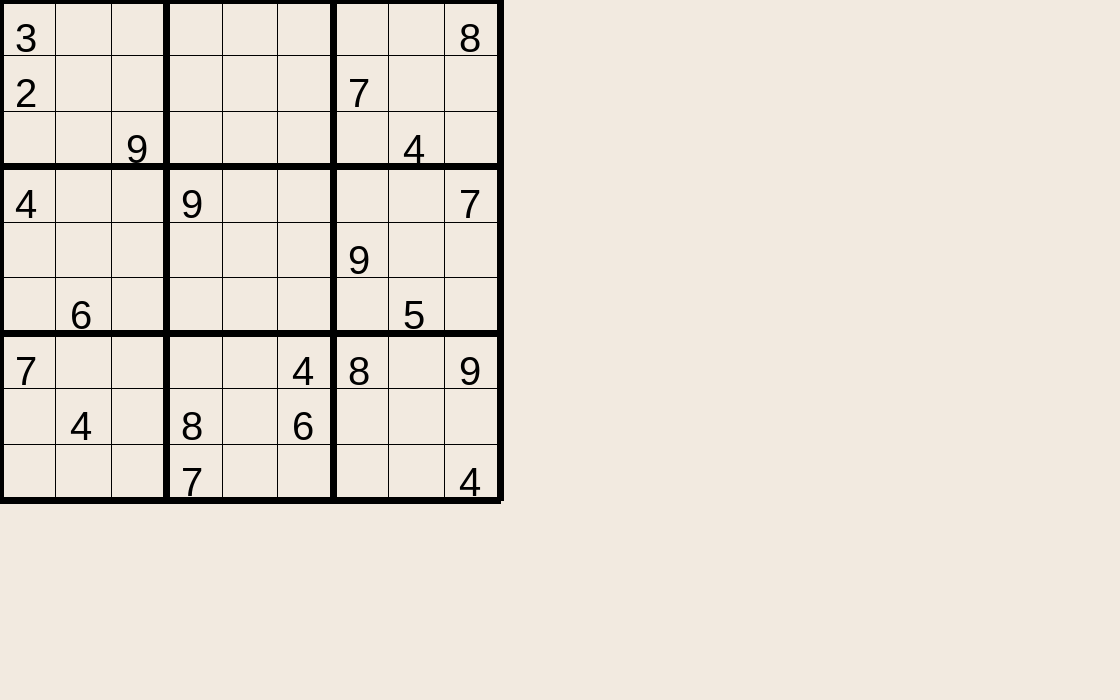
Repository: JensVL96/Puzzle-solver-for-fun
Script's output: python sudoku.py
An editor plug-in stored every save of this project. The script's output is shown before and after the next save, followed by the edit.
The window is shown after at most 60 frames with no key pressed. A system font it names is replaced by a similar one. Random numbers start from a fixed seed.

Above is the script's output before, as saved 2020-10-29 19:21:26.

After the next save:
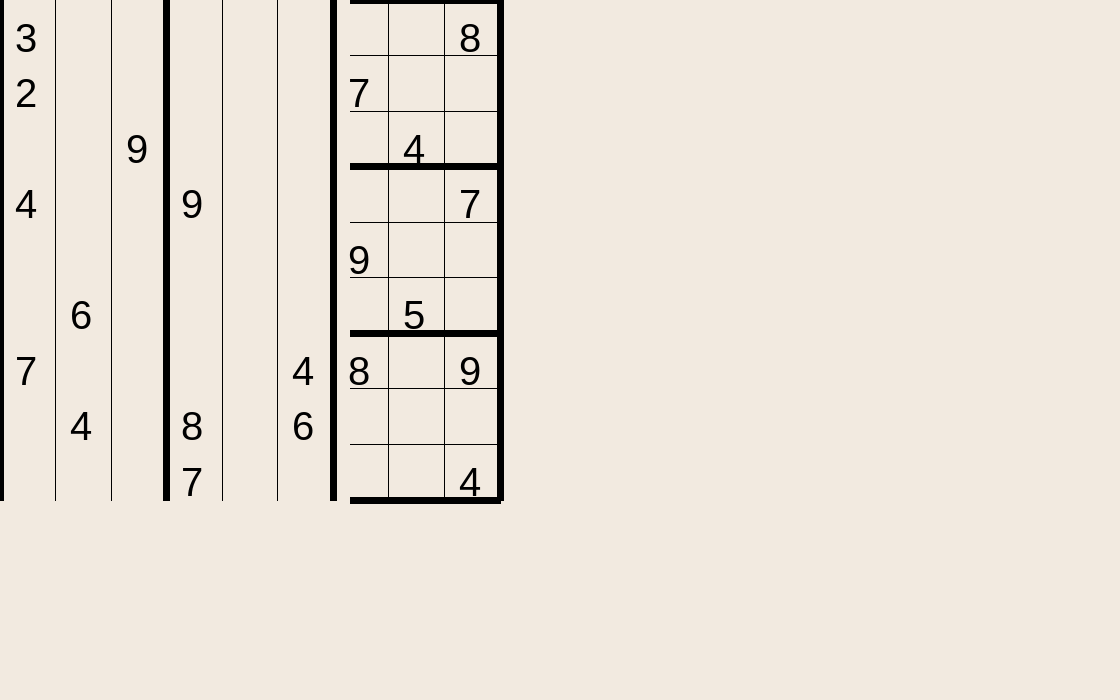
Saved 86 s later.
--- a/sudoku.py
+++ b/sudoku.py
@@ -200,7 +200,7 @@
                 thick = 7
             else:
                 thick = 1
-            pg.draw.line(self.screen, BLACK, (0, i * self.dif), (500, i * self.dif), thick)
+            pg.draw.line(self.screen, BLACK, ((SCREEN_WIDTH / 2) - (BORDER_SIZE / 2), i * self.dif), (500, i * self.dif), thick)
             pg.draw.line(self.screen, BLACK, (i * self.dif, 0), (i * self.dif, 500), thick)
 
 

After the save that followed:
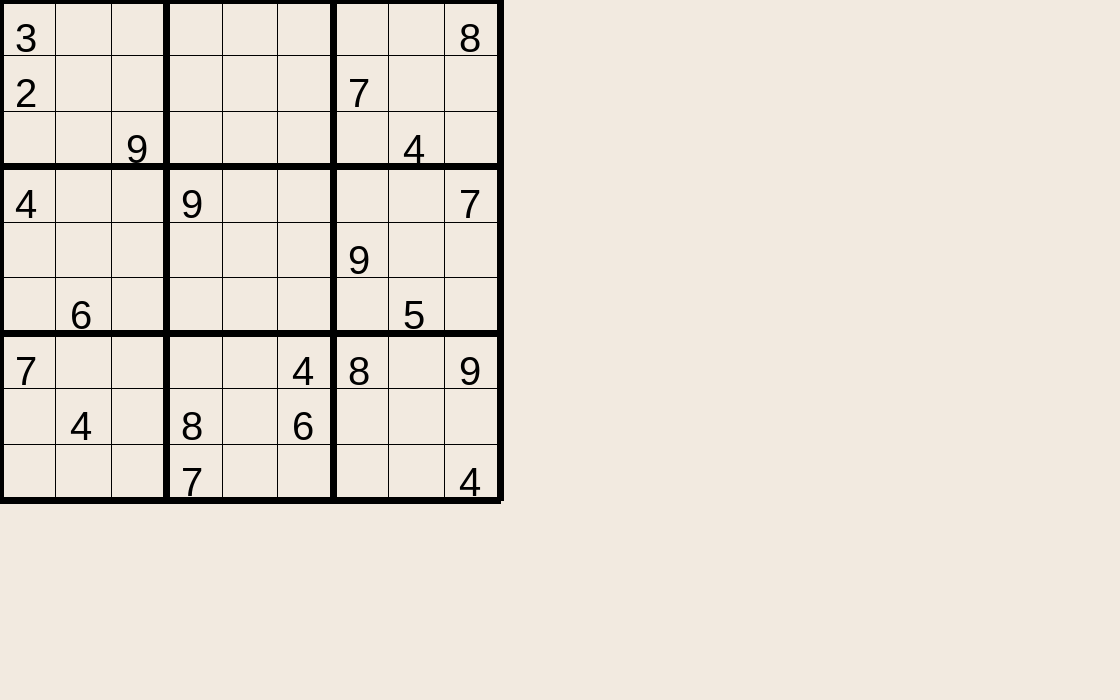
Saved 22 s later.
--- a/sudoku.py
+++ b/sudoku.py
@@ -200,7 +200,7 @@
                 thick = 7
             else:
                 thick = 1
-            pg.draw.line(self.screen, BLACK, ((SCREEN_WIDTH / 2) - (BORDER_SIZE / 2), i * self.dif), (500, i * self.dif), thick)
+            pg.draw.line(self.screen, BLACK, (0, i * self.dif), (500, i * self.dif), thick)
             pg.draw.line(self.screen, BLACK, (i * self.dif, 0), (i * self.dif, 500), thick)
 
 
